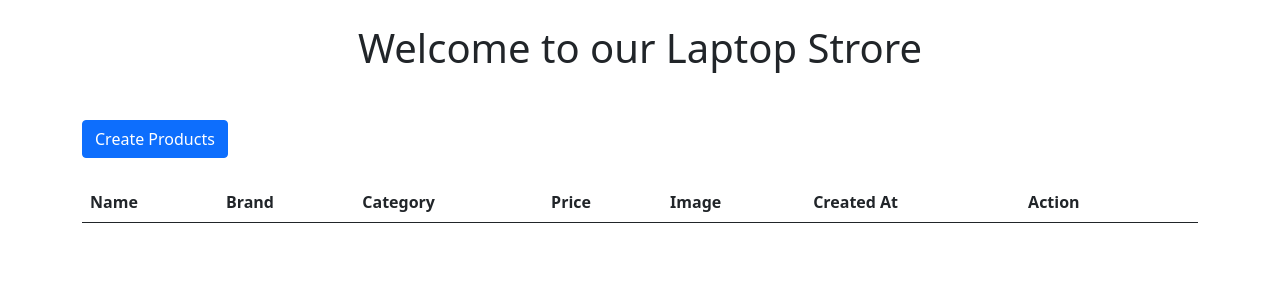
Repository: SulemanBhasha/Crud-App-By-SpringBoot
Page: http://localhost/Products/index
These files come from the project's save history. The page is drawn as it stood at one moment and after the next save; the edit follows.
The browser window is 1280 px wide. The pictures show the whole page.
The page is this project's Thymeleaf template; nobody is signed in. The template is opened directly, without the code that normally fills it, so the values that code supplies are empty.

Above is the page before, as saved 2024-04-22 19:42:43.

After the next save:
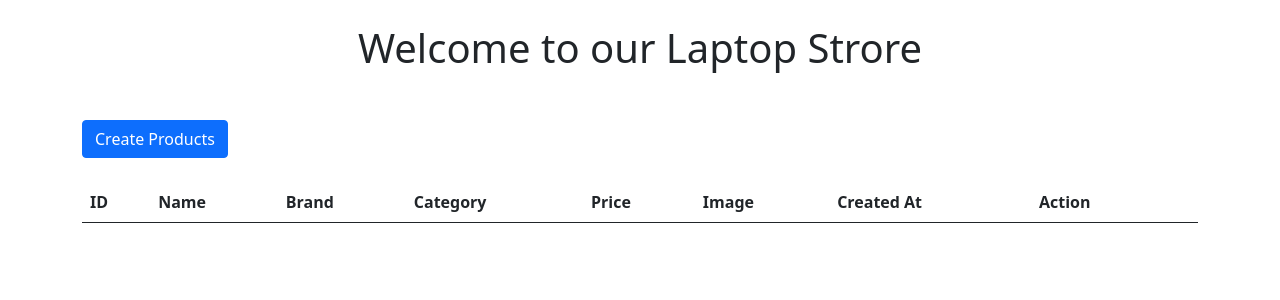
Saved 29 s later.
--- a/LaptopStore/bestlaptopstore/src/main/resources/templates/Products/index.html
+++ b/LaptopStore/bestlaptopstore/src/main/resources/templates/Products/index.html
@@ -19,6 +19,7 @@
 		 <table class="table">
 			 <thead>
 				 <tr>
+					  <th>ID</th>
 					 <th>Name</th>
 					 <th>Brand</th>
 					 <th>Category</th>
